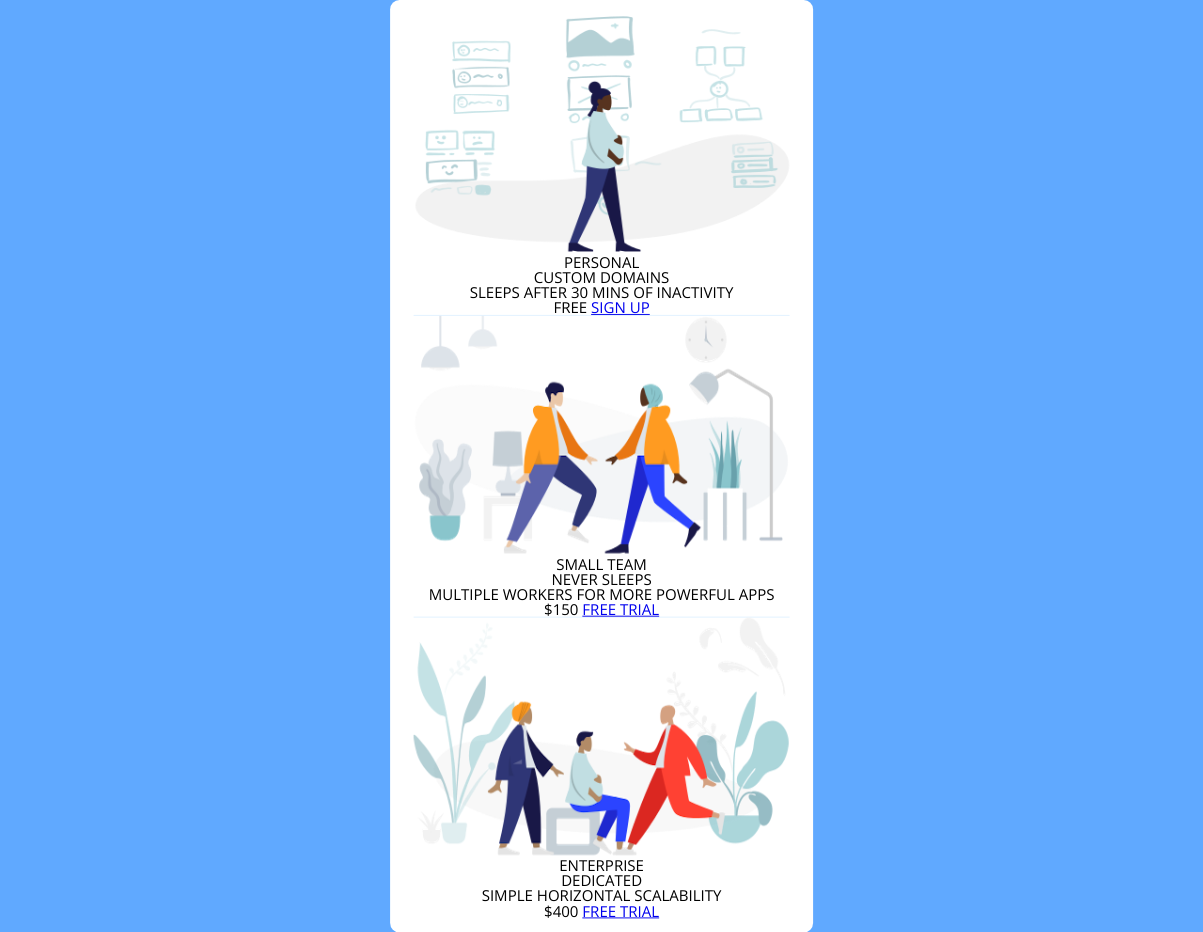
Repository: fatehailey/Pricing-Panel
Page: index.html
An editor plug-in stored every save of this project. The page is shown before and after the next save, followed by the edit.
The browser window is 1280 px wide. The pictures show the whole page, at 94% of full size.

Above is the page before, as saved 2022-09-05 20:15:07.

### index.html
<!DOCTYPE html>
<html lang="en">

<head>
    <meta charset="UTF-8">
    <meta name="viewport" content="width=device-width, initial-scale=1.0">
    <title>Price Tiers</title>
    <link rel="stylesheet" href="https://fonts.googleapis.com/css?family=Open+Sans:400,600,700">
    <link rel="stylesheet" href="app.css">
</head>

<body>
    <div class="panel pricing-table">

        <div class="pricing-plan">
            <img src="icons/icon1.png" alt="" class="pricing-img">
            <h2 class="pricing-header">Personal</h2>
            <ul class="pricing-features">
                <li class="pricing-features-item">Custom domains</li>
                <li class="pricing-features-item">Sleeps after 30 mins of inactivity</li>
            </ul>
            <span class="pricing-price">Free</span>
            <a href="#/" class="pricing-button">Sign up</a>
        </div>

        <div class="pricing-plan">
            <img src="icons/icon2.png" alt="" class="pricing-img">
            <h2 class="pricing-header">Small team</h2>
            <ul class="pricing-features">
                <li class="pricing-features-item">Never sleeps</li>
                <li class="pricing-features-item">Multiple workers for more powerful apps</li>
            </ul>
            <span class="pricing-price">$150</span>
            <a href="#/" class="pricing-button is-featured">Free trial</a>
        </div>

        <div class="pricing-plan">
            <img src="icons/icon3.png" alt="" class="pricing-img">
            <h2 class="pricing-header">Enterprise</h2>
            <ul class="pricing-features">
                <li class="pricing-features-item">Dedicated</li>
                <li class="pricing-features-item">Simple horizontal scalability</li>
            </ul>
            <span class="pricing-price">$400</span>
            <a href="#/" class="pricing-button">Free trial</a>
        </div>

    </div>

</body>

</html>

### app.css
/* http://meyerweb.com/eric/tools/css/reset/
   v2.0 | 20110126
   License: none (public domain)
*/

html, body, div, span, applet, object, iframe,
h1, h2, h3, h4, h5, h6, p, blockquote, pre,
a, abbr, acronym, address, big, cite, code,
del, dfn, em, img, ins, kbd, q, s, samp,
small, strike, strong, sub, sup, tt, var,
b, u, i, center,
dl, dt, dd, ol, ul, li,
fieldset, form, label, legend,
table, caption, tbody, tfoot, thead, tr, th, td,
article, aside, canvas, details, embed,
figure, figcaption, footer, header, hgroup,
menu, nav, output, ruby, section, summary,
time, mark, audio, video {
	margin: 0;
	padding: 0;
	border: 0;
	font-size: 100%;
	font: inherit;
	vertical-align: baseline;
}
/* HTML5 display-role reset for older browsers */
article, aside, details, figcaption, figure,
footer, header, hgroup, menu, nav, section {
	display: block;
}
body {
	line-height: 1;
}
ol, ul {
	list-style: none;
}
blockquote, q {
	quotes: none;
}
blockquote:before, blockquote:after,
q:before, q:after {
	content: '';
	content: none;
}
table {
	border-collapse: collapse;
	border-spacing: 0;
}


html {
    box-sizing: border-box;
    font-family: 'Open Sans', sans-serif;
}
body{
    background-color: #60a9ff;
    display: flex;
    justify-content: center;
    align-items: center;
    min-height: 100vh;
}

.panel{
    background-color: white;
    border-radius: 10px;
    padding: 15px 25px;
    max-width: 960px;
    display: flex;
    flex-direction: column;
    text-align: center;
    text-transform: uppercase;
}

.pricing-plan:not(:last-child) {
    border-bottom: 1px solid #e1f1ff;
  }

.pricing-img {
    marg
}

After the next save:
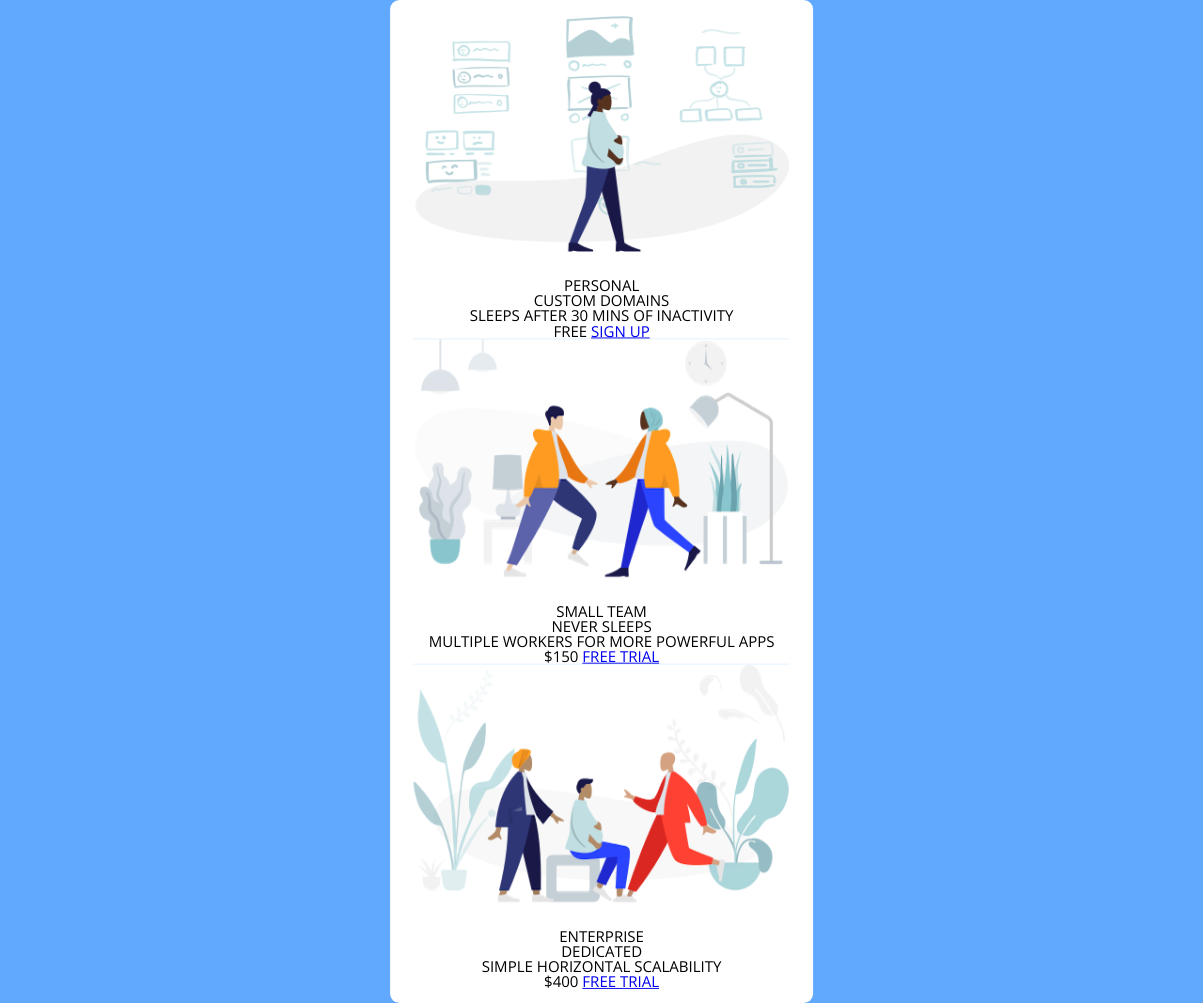
Saved 5 s later.
--- a/app.css
+++ b/app.css
@@ -76,5 +76,5 @@ body{
   }
 
 .pricing-img {
-    marg
+    margin-bottom: 25px;
 }
